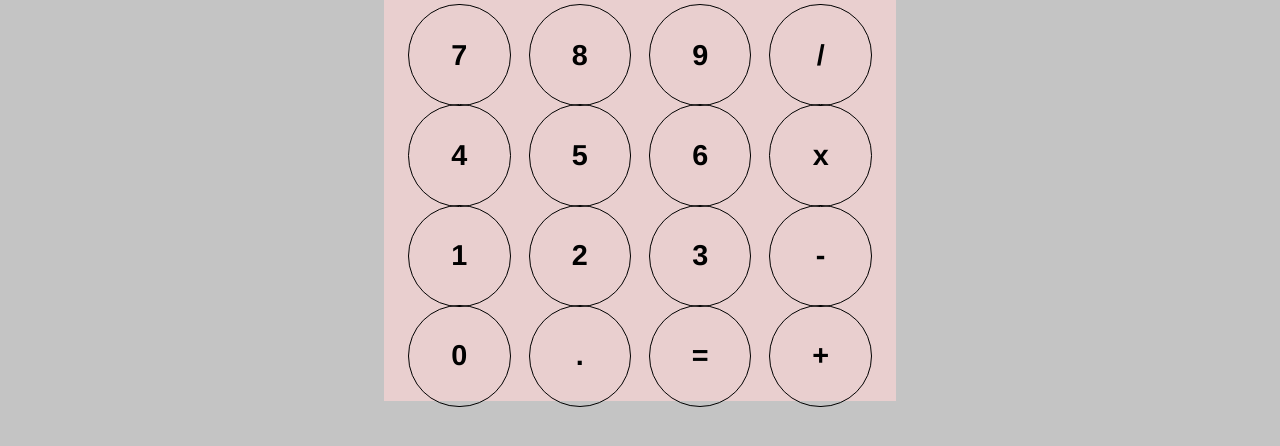
Repository: raulpenate/Calculadora-VUE3
Page: /
These files come from the project's save history. The page is drawn as it stood at one moment and after a run of saves; the edit follows.
The browser window is 1280 px wide. The pictures show the whole page.
The project was rebuilt for these pictures with package versions that can differ from the ones it lists, and the page was loaded fresh each time. Also part of the build but not shown: src/components/HelloWorld.vue.

Above is the page before, as saved 2022-03-11 08:58:37.

### src/App.vue
<template>
  <HelloWorld msg="Welcome to Your Vue.js App"/>
  <Calculator/>
</template>

<script>
import HelloWorld from './components/HelloWorld.vue'
import Calculator from './components/Calculator.vue'

export default {
  name: 'App',
  components: {
    Calculator
  }
}
</script>

<style>
#app {
  font-family: Avenir, Helvetica, Arial, sans-serif;
}
</style>

### src/components/Calculator.vue
<template>
  <div class="carcasa">
    <div class="pantalla"></div>
    <div class="fila">
        <div class="boton">7</div>
        <div class="boton">8</div>
        <div class="boton">9</div>
        <div class="boton">/</div>
    </div>
    <div class="fila">
        <div class="boton">4</div>
        <div class="boton">5</div>
        <div class="boton">6</div>
        <div class="boton">x</div>
    </div>
    <div class="fila">
        <div class="boton">1</div>
        <div class="boton">2</div>
        <div class="boton">3</div>
        <div class="boton">-</div>
    </div>
    <div class="fila">
        <div class="boton">0</div>
        <div class="boton">.</div>
        <div class="boton">=</div>
        <div class="boton">+</div>
    </div>
  </div>
</template>

<script>
export default {};
</script>

<style>
*{
    padding: 0;
    margin: 0;
    box-sizing: border-box;
}

body{
    background: #c4c4c4;
    margin: auto 30%;
}

.carcasa{
    background: rgb(233, 207, 207);
    display: flex;
    flex-flow: wrap column;
    justify-content: space-between;
}

.fila{
    font-weight: bold;
    display: flex;
    flex-flow: wrap row;
    justify-content: space-evenly;
    margin: 1%;
}

.boton{
    width: 90px;
    height: 90px;
    position: relative;
    font-size: 4vh;
    outline: 1px solid ;
    padding: 10%;
    display: flex;
    justify-content: center;
    align-items: center;
    border-radius: 50%;
}


</style>

Loaded but not shown: public/index.html (common file); src/main.js (common file)

After the next 2 saves:
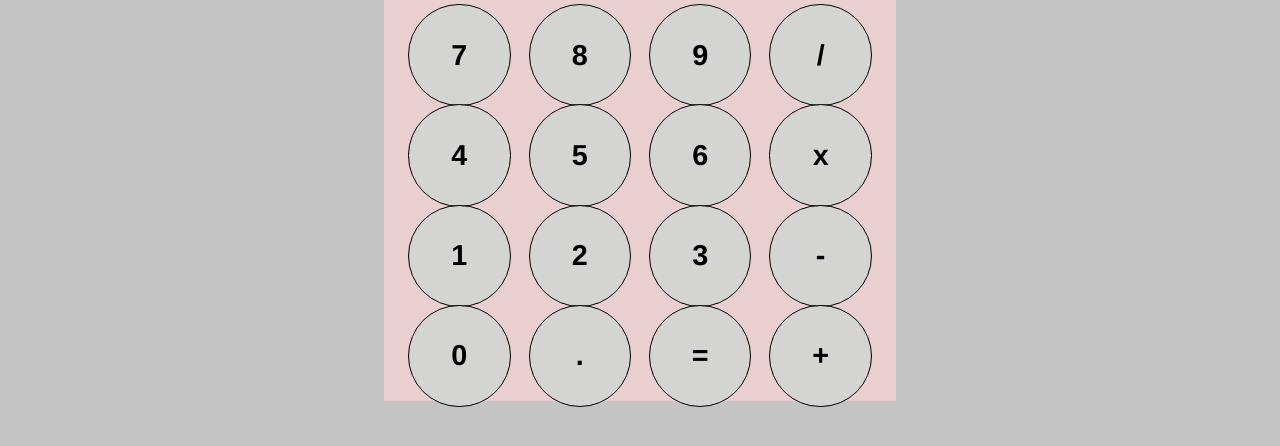
The 2 saves are shown as one change because they came seconds apart.
The last was saved 11 s later.
--- a/src/components/Calculator.vue
+++ b/src/components/Calculator.vue
@@ -60,6 +60,7 @@
 }
 
 .boton{
+    background: #D4D4D2;
     width: 90px;
     height: 90px;
     position: relative;

After the save that followed:
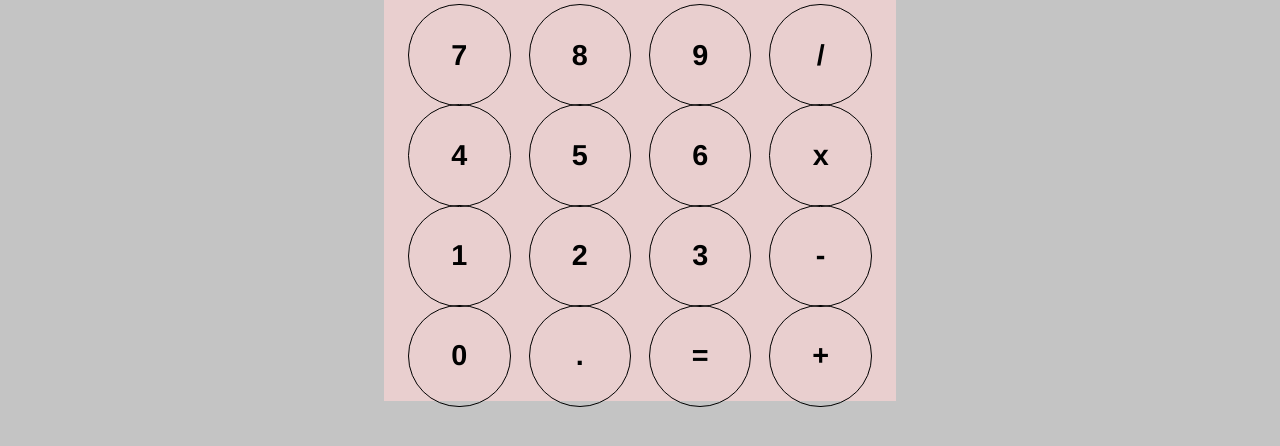
Saved 12 s later.
--- a/src/components/Calculator.vue
+++ b/src/components/Calculator.vue
@@ -60,7 +60,6 @@
 }
 
 .boton{
-    background: #D4D4D2;
     width: 90px;
     height: 90px;
     position: relative;
